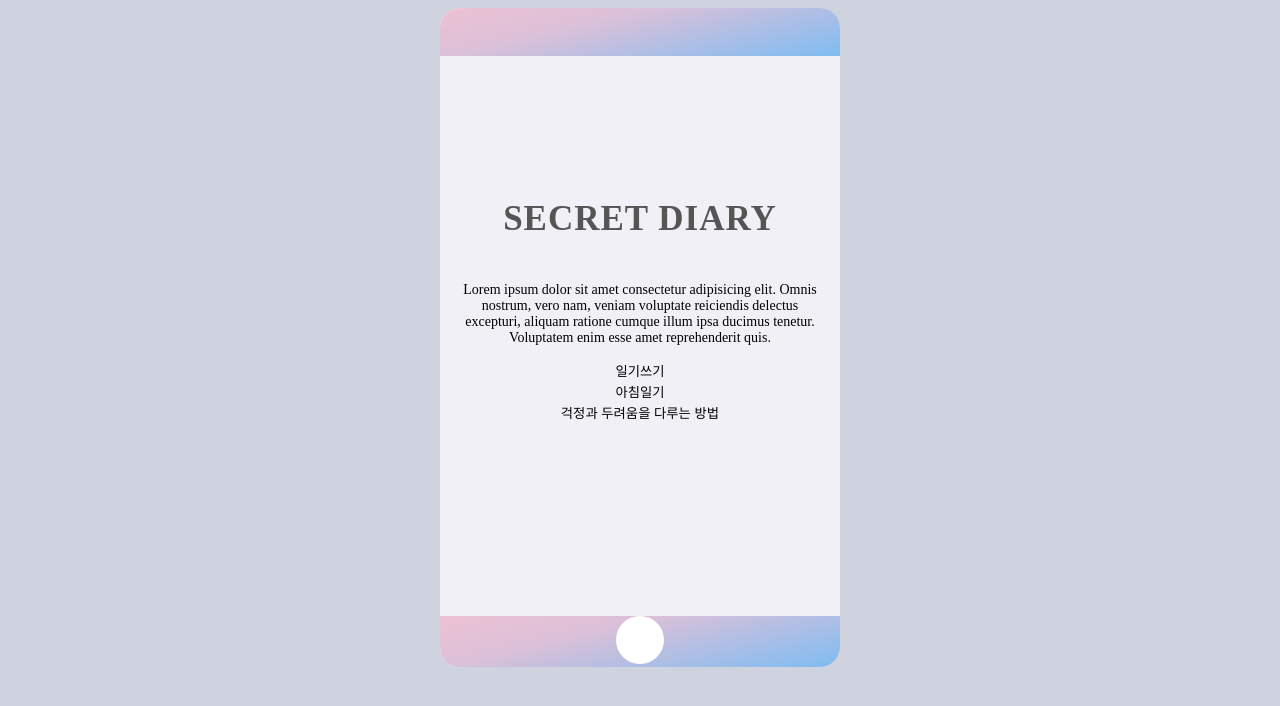
Repository: jinhee196/diary
Page: index.html
The author's editor kept a copy of each file at every save. The page is drawn from the files as they stood at one save, then again after the next save.
The browser window is 1280 px wide. The pictures show the whole page.

Above is the page before, as saved 2021-06-04 13:49:00.

After the next save:
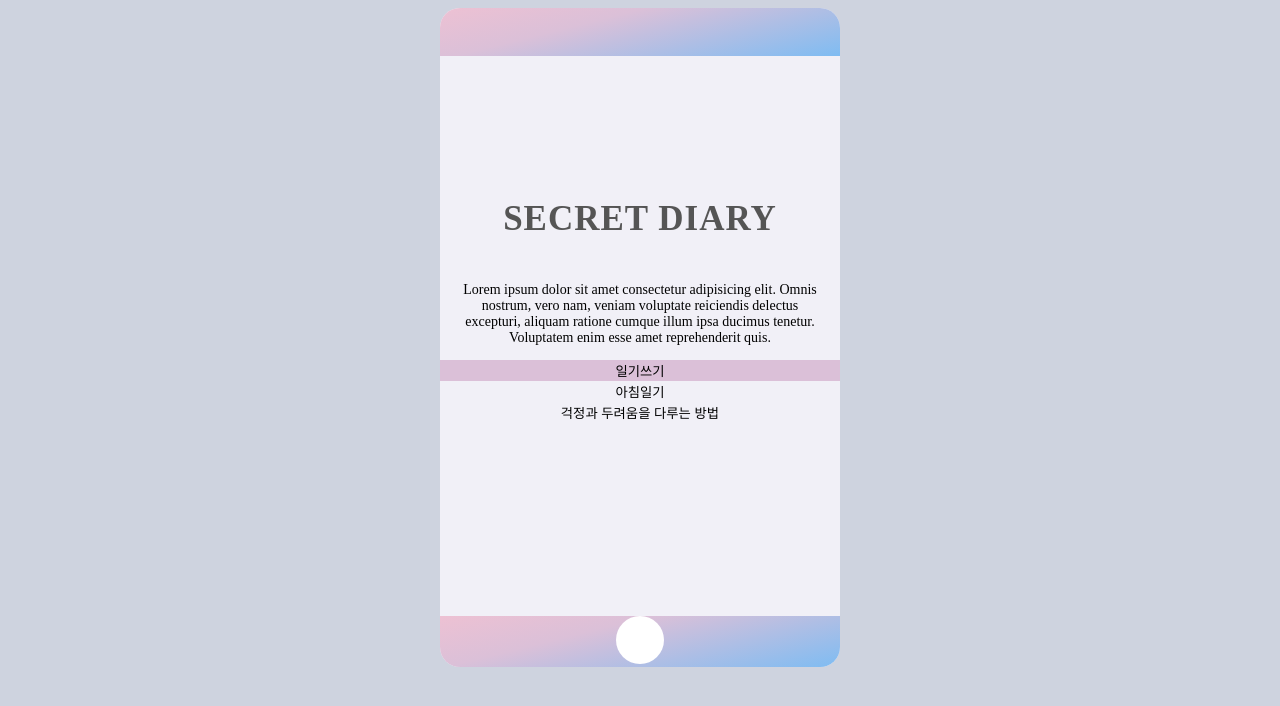
Saved 21 s later.
--- a/style.css
+++ b/style.css
@@ -58,6 +58,7 @@ section {
   font-size: 14px;
 }
 .note1 {
+  background-color: rgba(219, 192, 216, 1);
 }
 .note2 {
 }
